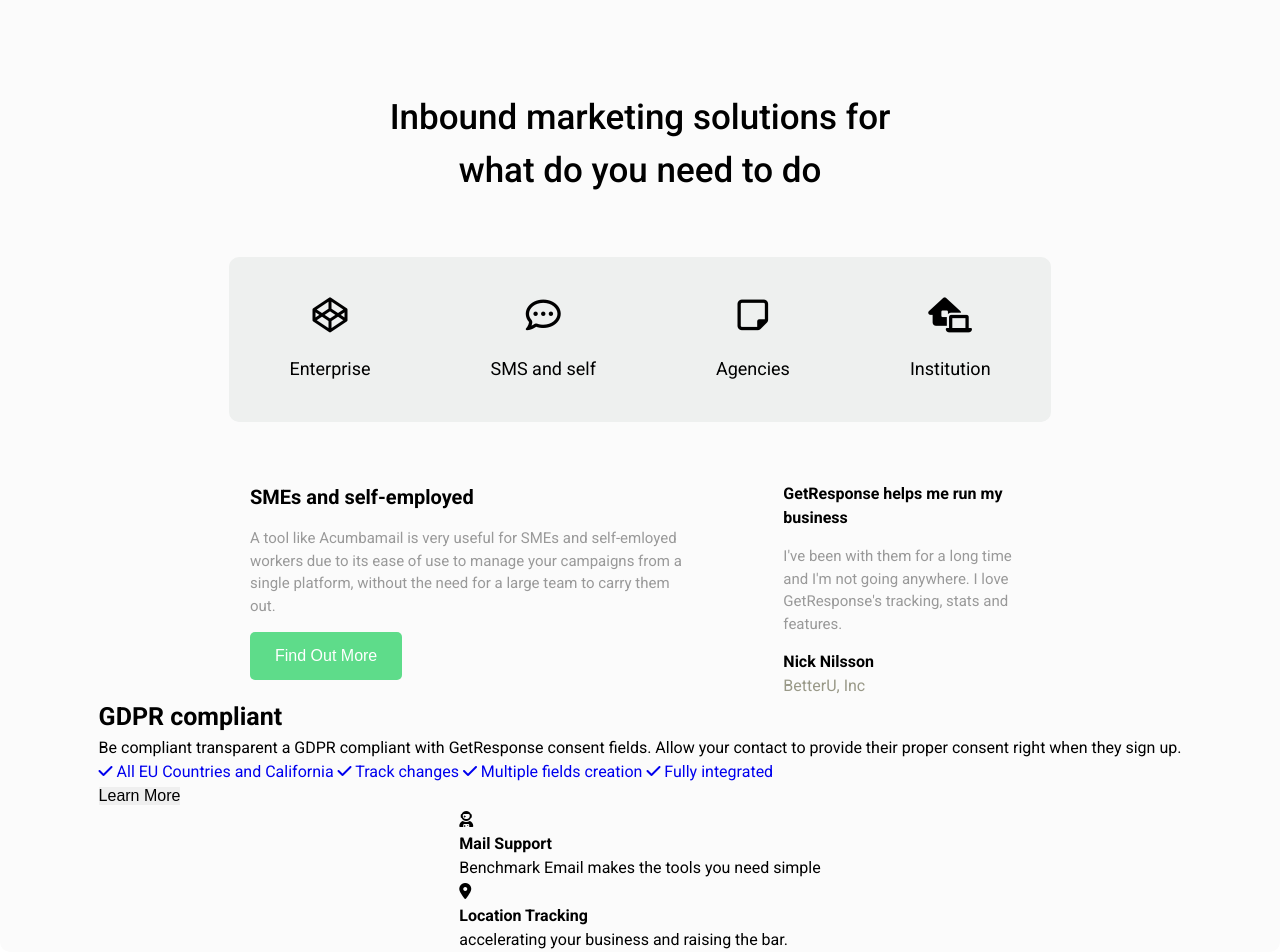
Repository: phanhuy16/Folder
Page: sign/index.html
An editor plug-in stored every save of this project. The page is shown before and after the next save, followed by the edit.
The browser window is 1280 px wide. The pictures show the part of the page from y = 1262 to 2214 px (the page is 2214 px tall before and 2152 px after).

Above is the page before, as saved 2023-05-02 12:54:15.

After the next save:
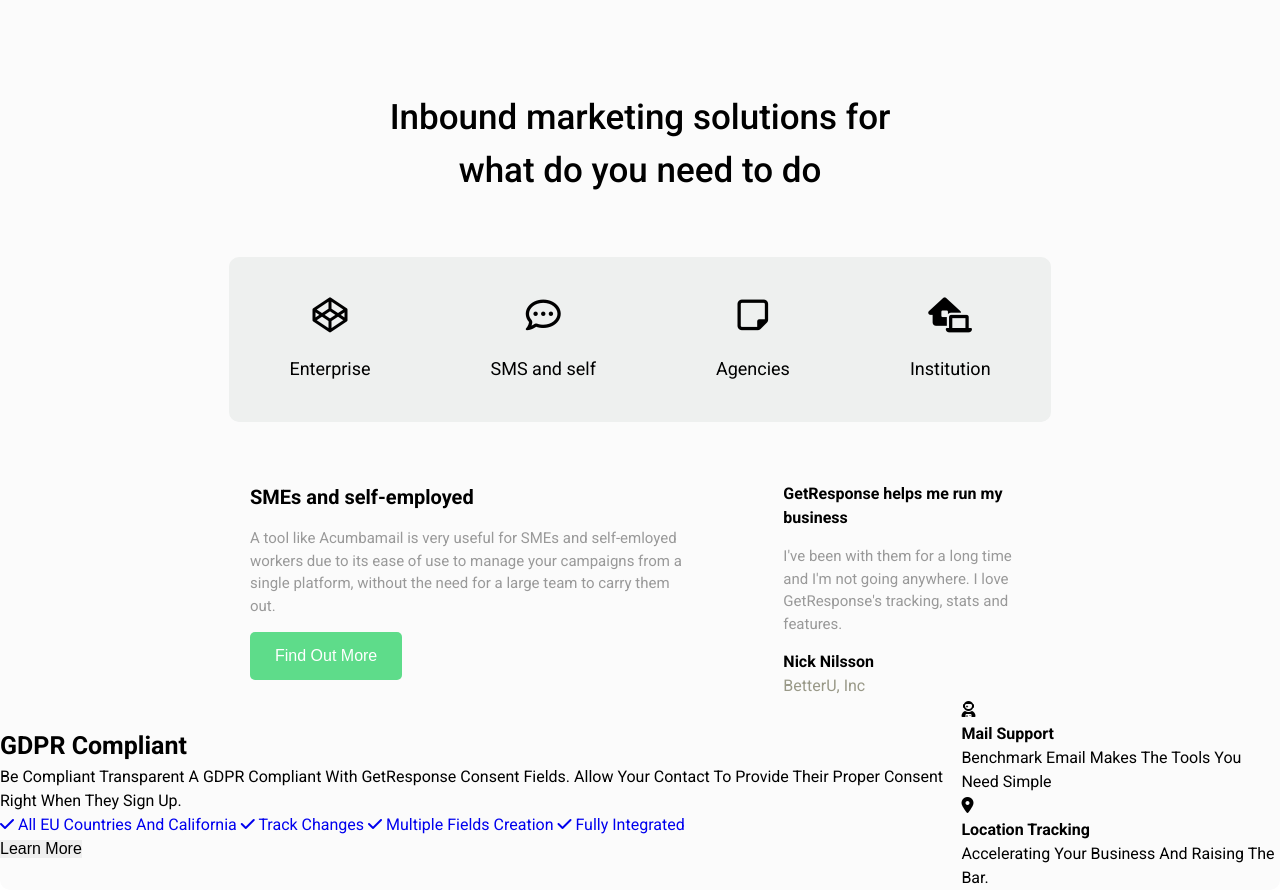
Saved 40 s later.
--- a/sign/main.css/style.css
+++ b/sign/main.css/style.css
@@ -302,7 +302,7 @@
     display:flex;
     align-items:center;
     justify-content:center;
-    flex-direction:column;
+    text-transform: capitalize;
 }
 
 .compliant-heading {

After the save that followed:
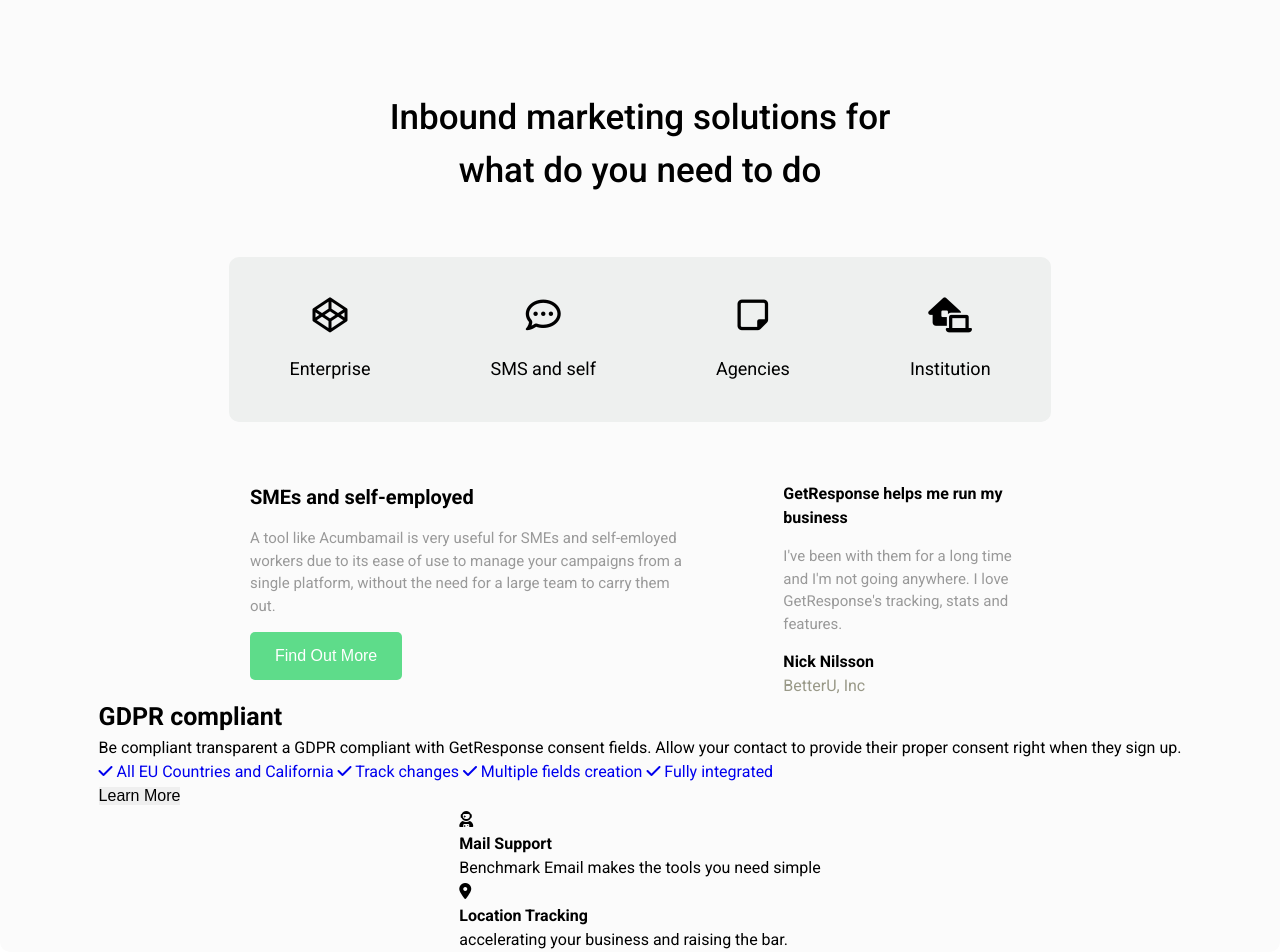
Saved 15 s later.
--- a/sign/main.css/style.css
+++ b/sign/main.css/style.css
@@ -302,7 +302,7 @@
     display:flex;
     align-items:center;
     justify-content:center;
-    text-transform: capitalize;
+    flex-flow: column;
 }
 
 .compliant-heading {
